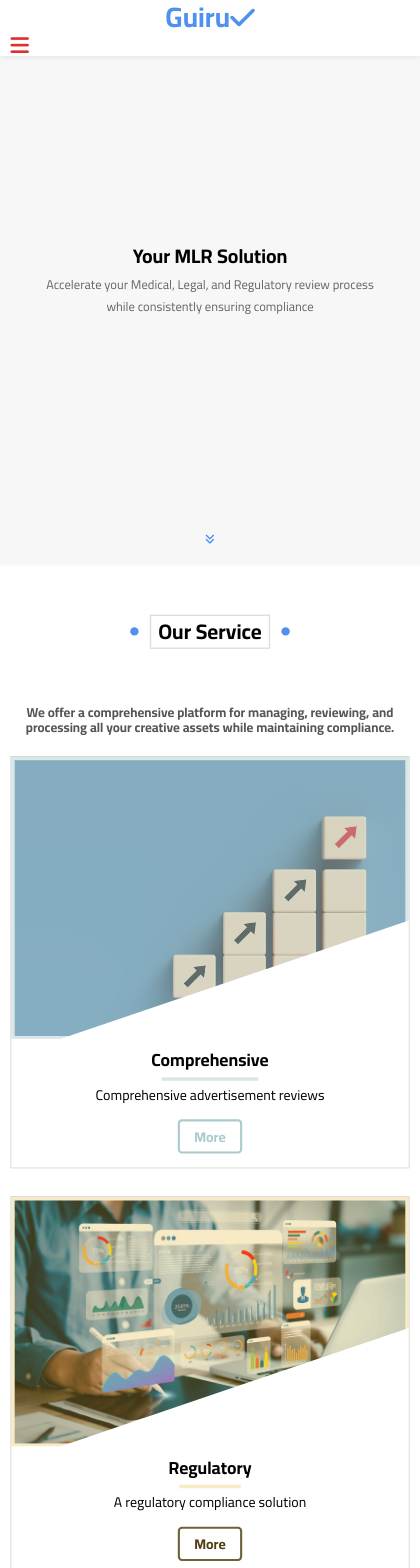
Repository: AsmaaAlothman/Templet-1-website
Page: home.html
The author's editor kept a copy of each file at every save. The page is drawn from the files as they stood at one save, then again after the next save.
The browser window is 600 px wide. The pictures show the part of the page from y = 0 to 2240 px (the page is 5220 px tall before and 5230 px after), at 70% of full size.

Above is the page before, as saved 2024-08-31 13:48:41.

### home.html
<!DOCTYPE html>
<html lang="en">

<head>
    <meta charset="UTF-8" />
    <meta name="viewport" content="width=device-width, initial-scale=1.0" />
    <title>Guiru test</title>
    <!-- Render all elements normally-->
    <link rel="stylesheet" href="css/normalize.css" />
    <!-- Font Awesome library-->
    <link rel="stylesheet" href="css/all.min.css" />
    <link rel="preconnect" href="https://fonts.googleapis.com" />
    <!--Google Fonts Cairo-->
    <link href="https://fonts.googleapis.com/css2?family=Cairo:wght@200..1000&family=Work+Sans:ital,wght@0,100..900;1,100..900&display=swap" rel="stylesheet" />
    <!--Main template css file -->
    <link rel="stylesheet" href="css/home.css" />
</head>

<body>
    <!-- Start header -->
    <div class="header" id="header">
        <div class="container">

            <a href="#" class="logo"> Guiru <i class="fa-solid fa-check"></i></a>

            <ul class="main_nav">
                <li>
                    <a href="#partner_with_us" class="partner_with_us">partner with us</a>
                </li>
                <li><a href="#about-us">About Us</a></li>
                <li><a href="#contact-us">Contact Us</a></li>
                <li><a href="#login">Login</a></li>
                <li><a href="#home">Home</a></li>
            </ul>
            <label for="check" class="check-btn">
              <i class="fa-solid fa-bars"></i>
            </label>
        </div>
    </div>
    <!-- End header -->
    <!-- Start Landing -->
    <div class="landing">
        <div class="container">
            <div class="text">
                <h1>Your MLR Solution</h1>
                <p>
                    Accelerate your Medical, Legal, and Regulatory review process while consistently ensuring compliance
                </p>
            </div>
            <div class="image">
                <img src="images/landing_image2.jpg" alt="landing_image2" />
            </div>
        </div>
        <a href="#about-us" class="go_down">
            <i class="fa-solid fa-angles-down"></i>
        </a>
    </div>
    <!-- End Landing -->
    <!-- Start Service -->
    <div class="service" id="service">
        <h2 class="main-title">Our Service</h2>

        <h3>
            We offer a comprehensive platform for managing, reviewing, and processing all your creative assets while maintaining compliance.
        </h3>

        <div class="container">
            <div class="box comprehensive">
                <div class="img-holder">
                    <img src="images/service-image1.jpg" alt="" />
                </div>
                <h2>Comprehensive</h2>
                <p>Comprehensive advertisement reviews</p>
                <a href="#">More</a>
            </div>
            <div class="box regulatory">
                <div class="img-holder">
                    <img src="images/service-image2.jpg" alt="" />
                </div>
                <h2>Regulatory</h2>
                <p>A regulatory compliance solution</p>
                <a href="#">More</a>
            </div>
            <div class="box guidance">
                <div class="img-holder">
                    <img src="images/service-image3.jpg" alt="" />
                </div>
                <h2>Guidance</h2>
                <p>Guidance to improve advertisement effectiveness</p>
                <a href="#">More</a>
            </div>
        </div>
    </div>
    <!-- End service -->
    <!-- Start About US Section -->
    <div class="about-us" id="about-us">
        <div class="container">
            <h2 class="main-title">About Us</h2>
            <h3>
                At Guiru, we are dedicated to offering the best solutions for your MLR needs. Our team will ensure you campaigns meet all necessary regulations needs and achieve maximum impact.
            </h3>
            <div class="box">
                <div class="details">
                    <img src="images/about-us.png" alt="about-us" />
                </div>
            </div>
        </div>
    </div>
    <!-- End About US Section -->

    <!-- Start Our Value Section -->
    <div class="our-value" id="our-value">
        <h2 class="main-title">Our Value</h2>
        <div class="container">
            <img src="images/our-values.jpg" alt="" class="image" style="width: 600px; height: 400px" />
            <div class="info">
                <div class="box">
                    <img src="images/our-values2.png" alt="" />
                    <div class="text">
                        <h3>Integrity</h3>
                        <p>
                            We uphold the highest standards of integrity in all our actions.
                        </p>
                    </div>
                </div>
                <div class="box">
                    <img src="images/our-values3.png" alt="" />
                    <div class="text">
                        <h3>Excellence</h3>
                        <p>We strive for excellence in everything we do.</p>
                    </div>
                </div>
                <div class="box">
                    <img src="images/our-values4.png" alt="" />
                    <div class="text">
                        <h3>Innovation</h3>
                        <p>
                            We encourage innovation to meet challenges and improve our services.
                        </p>
                    </div>
                </div>
            </div>
        </div>
    </div>
    <!-- End Our value Section -->

    <!-- Start Footer -->
    <div class="footer" id="footer">
        <div class="container">
            <img src="images/logo-Guiru.png" alt="logo-footer" />
            <div class="footer-links">
                <a href="#about-us"><i class="fa-regular fa-address-card"> About Us </i></a
          >
          <a href="#contact-us"
            ><i class="fa-solid fa-headset"> Contact Us </i>
          </a>
                <a href="#privacy-policy"><i class="fa-solid fa-arrow-right-to-bracket"> Privacy Policy </i>
          </a>
            </div>
            <p class="copyright">
                &copy; 2024 <span>Guiru</span> All rights reserved.
            </p>
        </div>
    </div>
    <!-- End Footer -->
</body>

</html>

### css/home.css
/* Start global rules : */

* {
    -webkit-box-sizing: border-box;
    -moz-box-sizing: border-box;
    box-sizing: border-box;
    padding: 0px;
    margin: 0px;
}

html {
    scroll-behavior: smooth;
}

:root {
    --main-color: #4f91ed;
    --main-color-alt: #125bc2bd;
    --hover-main-color: #c5c9cf23;
    --icon-color-hover: #accef577;
    --main-transition: 0.3s;
    --main-padding-top: 70px;
    --main-padding-bottom: 70px;
    --second-section-background-color: #d2d7d831;
    --main-section-background-color: white;
    --footer-background-color: rgba(46, 69, 92, 0.486);
    --paragraph-text-color: #555;
    --main-box-shadow: 0 12px 20px 0 rgba(0, 0, 0, 0.048), 0 2px 4px 0 rgb(0 0 0/12%);
}

body {
    font-family: "Cairo", sans-serif;
    /* font-family: "Work Sans", sans-serif;*/
}

a {
    text-decoration: none;
}

ul {
    list-style: none;
}


/* End global rules  */

.parent {
    background-color: #eee;
}

.container {
    padding-left: 15px;
    padding-right: 15px;
    margin-left: auto;
    margin-right: auto;
    /* background-color: #ececec; */
}

img {
    /* padding-left: 15px;
    padding-right: 15px; */
    margin-left: auto;
    margin-right: auto;
    display: block;
    /* background-color: var(--main-color); */
}


/* Start media query  */

@media (min-width: 768px) {
    .container {
        width: 970px;
    }
}

@media (min-width: 992px) {
    .container {
        width: 970px;
    }
}

@media (min-width: 1200px) {
    .container {
        width: 1170px;
    }
}


/* End media query  */


/* Start Style Main title */

.main-title {
    margin: 0 auto 80px;
    border: 2px solid #e1dcdc;
    padding: 5px 10px;
    font-size: 30px;
    width: fit-content;
    position: relative;
    z-index: 1;
    transition: var(--main-transition);
}

.main-title::after,
.main-title::before {
    content: "";
    width: 12px;
    height: 12px;
    background-color: var(--main-color);
    position: absolute;
    border-radius: 50%;
    top: 50%;
    transform: translateY(-50%);
}

.main-title::after {
    right: -30px;
}

.main-title::before {
    left: -30px;
}

.main-title:hover::before {
    z-index: -1;
    animation: left-move 0.3s linear forwards;
}

.main-title:hover::after {
    z-index: -1;
    animation: right-move 0.3s linear forwards;
}

.main-title:hover {
    color: white;
    border: 2px solid white;
    transition-delay: 0.2s;
}


/* End Style Main title */


/* Start header */

.header {
    background-color: white;
    position: relative;
    -webkit-box-shadow: 0 0 10px#ddd;
    -moz-box-shadow: 0 0 10px#ddd;
    box-shadow: 0 0 10px#ddd;
}

.header .container {
    display: flex;
    background-color: white;
    justify-content: space-between;
    align-items: center;
    flex-wrap: wrap;
    position: relative;
}

.header .logo {
    color: var(--main-color);
    font-size: 40px;
    font-weight: bold;
    /*  height: 72px; للحفاظ على ارتفاع الهيدر حتى لو اختلف حجم المين  */
    height: 72px;
    display: flex;
    justify-content: center;
    align-items: center;
}


/* start responsive media for logo selector : */

@media (max-width: 767px) {
    .header .logo {
        width: 100%;
        height: 50px;
    }
}


/*end responsive media for logo selector : */

.header .main_nav {
    display: flex;
}


/* start responsive media for main_nav selector : */

.header .main_nav>li>a {
    height: 80px;
    letter-spacing: 2px;
    font-size: 20px;
    display: flex;
    justify-content: center;
    align-items: center;
    position: relative;
    color: black;
    padding: 0px 25px;
    transition: var(--main-transition);
    overflow: hidden;
}


/* start responsive media for li > a selector : */

@media (max-width: 767px) {
    .header .main_nav>li>a {
        padding: 10px;
        height: 40px;
        font-size: 14px;
    }
}

@media (max-width: 767px) {
    .header .main_nav {
        flex-direction: column;
        gap: 0;
        padding: 5px;
        margin: auto;
    }
}

.check-btn {
    font-size: 30px;
    color: rgb(223, 46, 46);
    cursor: pointer;
    display: none;
}

@media (max-width: 767px) {
    .check-btn {
        display: flex;
        /* margin-bottom: 20px; */
    }
    .header .main_nav {
        display: none;
    }
    .header .container {
        display: flex;
        align-content: center;
    }
}


/* End header */


/* Start Landing */

.landing {
    position: relative;
    background-color: var(--second-section-background-color);
}

.landing .container {
    min-height: calc(100vh - 72px);
    display: flex;
    align-items: center;
    padding-bottom: 75px;
}

.landing .text {
    flex: 1;
}

@media (max-width: 991px) {
    .landing .text {
        text-align: center;
    }
}

.landing .text h1 {
    font-size: 37px;
    margin: 0;
    letter-spacing: 0px;
}


/*start response mobile screen size */

@media (max-width: 767px) {
    .landing .text h1 {
        font-size: 28px;
    }
}


/*end response mobile screen size */

.landing .text p {
    font-size: 22px;
    margin: 5px 0 0;
    line-height: 1.7;
    color: #666;
    max-width: 500px;
}

@media (max-width: 991px) {
    .landing .text p {
        margin: 10px auto;
    }
}


/*start response mobile screen size */

@media (max-width: 767px) {
    .landing .text p {
        font-size: 18px;
    }
}


/*end response mobile screen size */

.landing .image img {
    position: relative;
    width: 400px;
    /* وحطينا زمن 5 ثواني يروح ويرجع up-and-down الانيميشن هون سميتو ع كيفي  */
    /* الانيميشن بعتمد عالبوزشن لازم يكون ريليتف */
    /* بننزل بننشئ الانيميشن تحت بنفس هاد الاسم  */
    animation: up-and-down 5s linear infinite;
}

@media (max-width: 991px) {
    .landing .image {
        display: none;
    }
}

.landing .go_down {
    color: var(--main-color);
    position: absolute;
    bottom: 30px;
    left: 50%;
    transform: translateX(-50%);
    transition: var(--main-transition);
}

.landing .go_down:hover {
    color: var(--main-color-alt);
}

.landing .go_down i {
    animation: bouncing 1.5s infinite;
}


/* End landing */


/* Start service */

.service {
    padding-top: var(--main-padding-top);
    padding-bottom: var(--main-padding-bottom);
    position: relative;
    background-color: var(--main-section-background-color);
}

.service .container {
    display: grid;
    grid-template-columns: repeat(auto-fill, minmax(300px, 1fr));
    gap: 40px;
}

.service h3 {
    color: var(--paragraph-text-color);
    display: block;
    padding-bottom: 30px;
    max-width: 100%;
    text-align: center;
    margin: auto;
}

.service .box {
    text-align: center;
    border: 1px solid #ccc;
}

.service .container .img-holder {
    position: relative;
    overflow: hidden;
}

.service .container .img-holder::before {
    content: "";
    position: absolute;
    top: -1px;
    left: 0;
    height: 100%;
    width: 100%;
    /* background-color: #b657e257; */
}

.service .container .img-holder::after {
    content: "";
    position: absolute;
    bottom: 0;
    right: 0;
    border-style: solid;
    border-width: 0 0 170px 500px;
    border-color: transparent transparent white transparent;
    transition: var(--main-transition);
}

.service .container .img-holder img {
    max-width: 100%;
    padding: 5px;
}

.service .box:hover .img-holder::after {
    border-width: 0 465px 0 0;
}

.service .box h2 {
    position: relative;
    font-size: 25px;
    margin: 15px auto;
    width: fit-content;
}

.service .box h2::after {
    content: "";
    position: absolute;
    bottom: -15px;
    left: 15px;
    height: 5px;
    width: calc(100% - 30px);
    /* background-color: red; */
}

.service .box p {
    line-height: 2;
    font-size: 20px;
    color: var(--paragraph-color);
    margin: 15px 15px;
    padding: 0;
}

.service .box a {
    display: block;
    border: 3px solid transparent;
    width: fit-content;
    margin: 0 auto 20px;
    font-size: 20px;
    font-weight: bold;
    padding: 10px 20px;
    border-radius: 6px;
    transition: var(--main-transition);
}

.service .box:hover a {
    background-position: left bottom;
    color: rgb(39, 37, 37);
}


/*اللي فوق الصورة overlayهاد الجزء الخاص بال    */

.service .comprehensive .img-holder::before {
    background-color: #aacacb75;
}


/* comprehensive  /guidance /regulatory هاد لون الباك جراوند اللي تحت الهيدر تبع القسم يعني تحت كلمة  */

.service .comprehensive h2::after {
    background-color: #aacacb75;
}

.service .comprehensive a {
    color: #aacacb;
    border-color: #aacacb;
    background: linear-gradient(to right, #aacacb75 50%, white 50%);
    background-size: 200% 100%;
    background-position: right bottom;
}


/* ---------------------------------- */

.service .regulatory .img-holder::before {
    background-color: #e0ad1f41;
}

.service .regulatory h2::after {
    background-color: #e0ad1f41;
}

.service .regulatory a {
    color: #503f10;
    border-color: #6e6039;
    background: linear-gradient(to right, #e0ad1f41 50%, white 50%);
    background-size: 200% 100%;
    background-position: right bottom;
}


/* ---------------------------------- */

.service .guidance .img-holder::before {
    background-color: #b7cc8c71;
}

.service .guidance h2::after {
    background-color: #b7cc8c71;
}

.service .guidance a {
    color: #b7cc8c;
    border-color: #b7cc8c;
    background: linear-gradient(to right, #b7cc8c71 50%, white 50%);
    background-size: 200% 100%;
    background-position: right bottom;
}


/* End service */


/* Start About us Section */

.about-us {
    position: relative;
    padding-top: var(--main-padding-top);
    padding-bottom: var(--main-padding-bottom);
    background-color: var(--second-section-background-color);
}

.about-us .container {
    display: flex;
    align-items: center;
    flex-wrap: wrap;
    position: relative;
}

.about-us .container .box {
    display: grid;
    margin: auto;
    grid-template-columns: repeat(auto-fill, minmax(450px, 0fr));
    gap: 10px;
    padding: 5px;
    max-width: fit-content;
    background-color: transparent;
    border-radius: 6px;
    box-shadow: 0 12px 20px 0 rgb(0 0 0/13%), 0 2px 4px 0 rgb(0 0 0/12%);
}

.about-us .container .box img {
    max-width: 60%;
    transition: var(--main-transition);
    border-radius: 6px;
}

@media (max-width: 767px) {
    .about-us .container .box img {
        max-width: 60%;
        transition: var(--main-transition);
        border-radius: 6px;
        margin-left: 40px;
    }
}

.about-us .container .box img:hover {
    transform: rotate(2deg) scale(1);
    transition-duration: 1s;
}

.about-us .container h3 {
    color: var(--paragraph-text-color);
    display: block;
    padding-bottom: 30px;
    max-width: 100%;
    text-align: center;
    margin: auto;
}


/* End About us Section */


/* Start Our value Section */

.our-value {
    padding-top: var(--main-padding-top);
    padding-bottom: var(--main-padding-bottom);
    position: relative;
    background-color: var(--section-background-color);
}

.our-value .container {
    display: flex;
    align-items: center;
    justify-content: space-between;
}

@media (max-width: 991px) {
    .our-value .container {
        flex-direction: column;
    }
}

.our-value .container .image {
    max-width: 100%;
    margin-right: 70px;
}

@media (max-width: 991px) {
    .our-value .image {
        margin: 0 0 50px;
    }
}

@media (max-width: 767px) {
    .our-value .container .image {
        display: none;
    }
}

.our-value .info .box {
    background-color: #8d9cb138;
    padding: 20px 15px;
    margin-bottom: 20px;
    border-radius: 6px;
    display: flex;
    align-items: center;
    border: 3px solid white;
    position: relative;
    z-index: 1;
}

@media (max-width: 991px) {
    .our-value .info .box {
        flex-direction: column;
        text-align: center;
    }
}

.our-value .info .box::before {
    content: "";
    position: absolute;
    background-color: rgba(131, 181, 209, 0.26);
    left: 50%;
    top: 50%;
    height: 0;
    width: 0;
    transform: translate(-50%, -50%);
    z-index: -1;
    transition: var(--main-transition);
}

.our-value .info .box:hover:before {
    height: 100%;
    width: 100%;
}

.our-value .info .box img {
    width: 120px;
    margin-left: 0;
    padding: 5px;
    border-radius: 15px;
}

@media (max-width: 991px) {
    .our-value .info .box img {
        margin: 0 0 30px;
    }
}

.our-value .container .info .box .text {
    padding: 0px 5px 0px 15px;
}

.our-value .container .info .box h3 {
    font-size: 20px;
    padding-bottom: 5px;
    margin: 0;
}

.our-value .container .info .box p {
    line-height: 1.7;
    color: var(--paragraph-color);
    margin: 10px 0 0;
    font-size: 18px;
}


/* End Our value Section */


/* Start Footer  */

.footer {
    padding-top: 50px;
    padding-bottom: 50px;
    background-color: var(--footer-background-color);
    position: relative;
    color: white;
    text-align: center;
}

.footer .container img {
    width: 200px;
}

.footer .footer-links {
    max-width: 100%;
    padding-top: 15px;
    display: flex;
    margin: 40px 0 20px;
    gap: 25px;
    justify-content: center;
    align-items: center;
    position: relative;
}

@media (max-width: 767px) {
    .footer .footer-links {
        padding-top: 10px;
        display: grid;
        margin: 30px 0 20px;
        gap: 30px;
        justify-content: center;
        align-items: center;
    }
}

.footer .footer-links a {
    display: block;
    font-size: 13px;
    letter-spacing: 4px;
    color: #0c4597c2;
    text-shadow: 0px 1px 7px white;
    border-bottom: 3px solid rgba(58, 79, 148, 0.918);
    border-radius: 6px;
    padding: 10px;
}

.footer .footer-links a:hover {
    font-weight: bolder;
    color: white;
    border: none;
    background-color: rgba(78, 107, 134, 0.37);
    box-shadow: var(--main-box-shadow);
    transition: var(--main-transition);
}

.footer .container {
    position: relative;
    max-width: 100%;
    max-height: 100%;
}

.footer .copyright {
    margin-top: 60px;
    padding: 20px;
}

.footer .copyright span {
    font-weight: bold;
    font-size: 20px;
    color: var(--main-color-alt);
}


/* End Footer  */


/* Start Create Animation  */

@keyframes up-and-down {
    0%,
    100% {
        top: 0;
    }
    50% {
        top: -50px;
    }
}

@keyframes left-move {
    50% {
        left: 0;
        width: 12px;
        height: 12px;
    }
    100% {
        left: 0;
        border-radius: 0;
        width: 100%;
        height: 100%;
    }
}

@keyframes right-move {
    50% {
        right: 0;
        width: 12px;
        height: 12px;
    }
    100% {
        right: 0;
        border-radius: 0;
        width: 100%;
        height: 100%;
    }
}


/* Start Create Animation  */

@keyframes up-and-down {
    0%,
    100% {
        top: 0;
    }
    50% {
        top: -50px;
    }
}

@keyframes left-move {
    50% {
        left: 0;
        width: 12px;
        height: 12px;
    }
    100% {
        left: 0;
        border-radius: 0;
        width: 100%;
        height: 100%;
    }
}

@keyframes right-move {
    50% {
        right: 0;
        width: 12px;
        height: 12px;
    }
    100% {
        right: 0;
        border-radius: 0;
        width: 100%;
        height: 100%;
    }
}


/* End Create Animation */

Loaded but not shown: css/normalize.css (library); css/all.min.css (library)

After the next save:
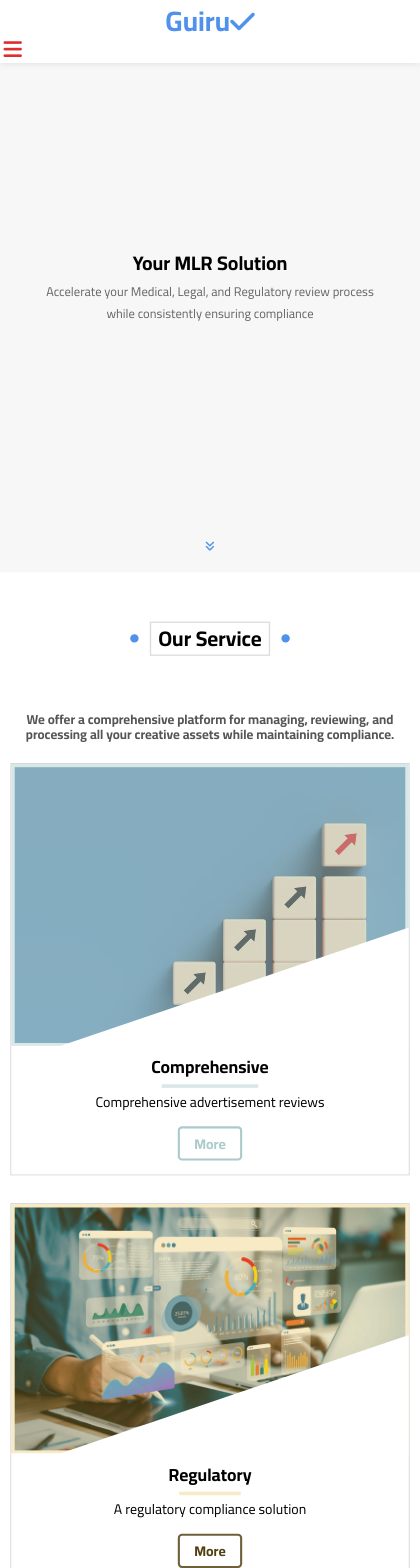
Saved 2 min 56 s later.
--- a/css/home.css
+++ b/css/home.css
@@ -243,7 +243,8 @@ img {
     }
     .header .container {
         display: flex;
-        align-content: center;
+        margin-right: 0;
+        padding: 5px;
     }
 }
 
